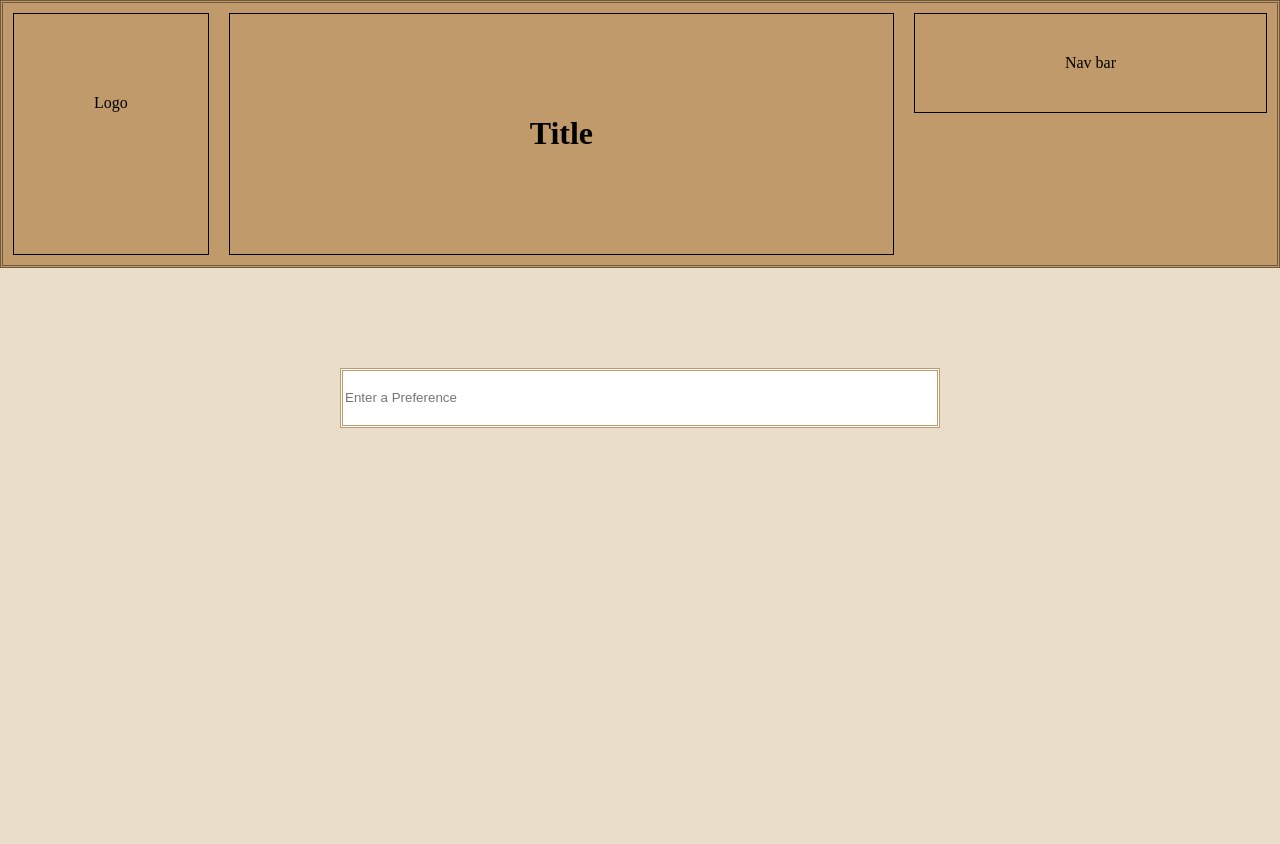
Repository: joshliu14/Travel-Mug
Page: /search
The author's editor kept a copy of each file at every save. The page is drawn from the files as they stood at one save, then again after the next save.
The browser window is 1280 px wide. The pictures show the whole page.
The project was rebuilt for these pictures with package versions that can differ from the ones it lists, and the page was loaded fresh each time.

Above is the page before, as saved 2024-01-02 13:05:33.

After the next save:
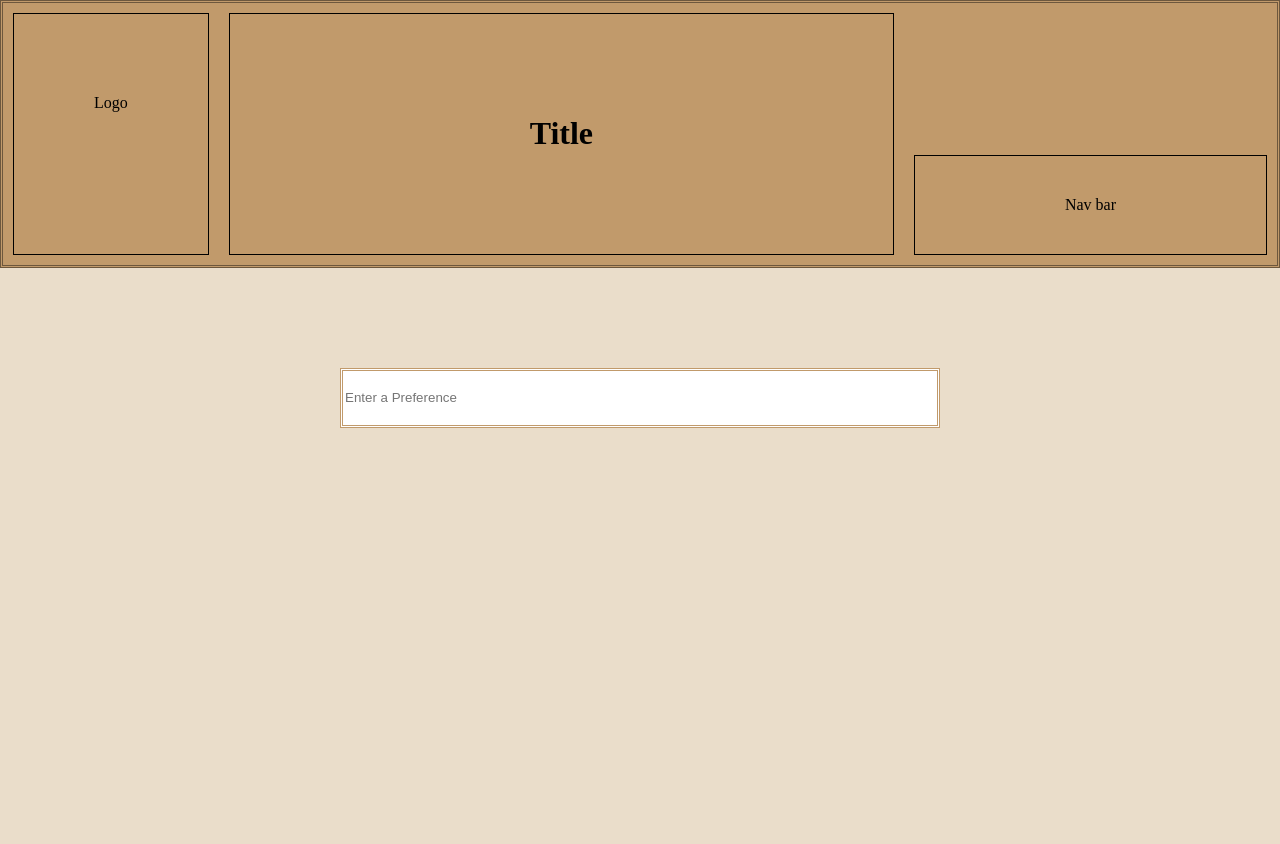
Saved 22 s later.
--- a/src/Home.css
+++ b/src/Home.css
@@ -21,7 +21,7 @@
 }
 
 .nav {
-  align-self: baseline;
+  align-self: last baseline;
   padding: 40px 150px;
   border: 1px solid black;
 }
